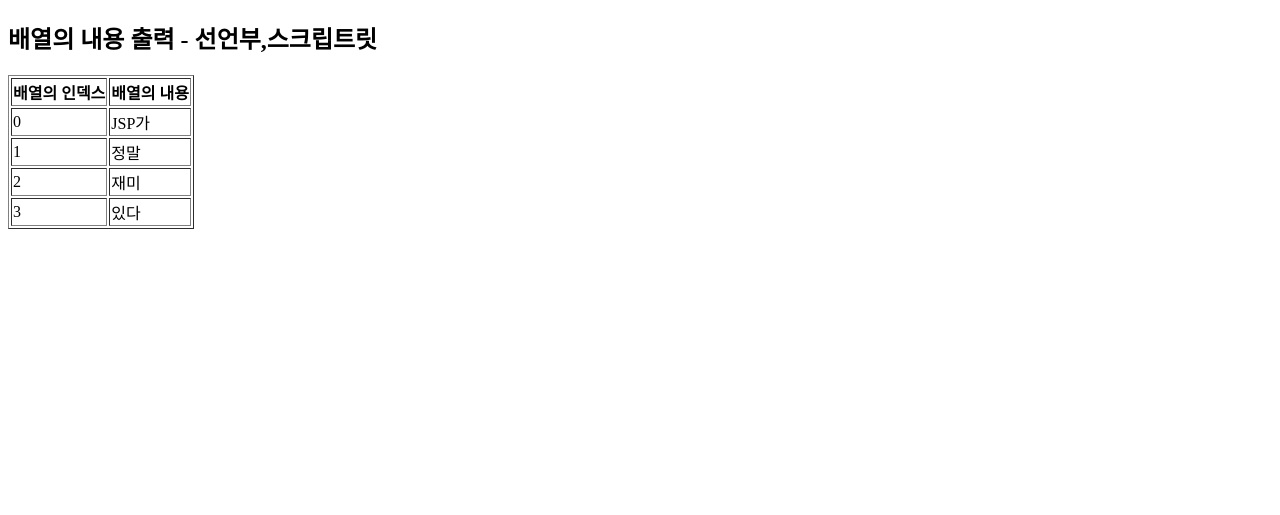
Repository: yuntaekOhO/SY_Academy_Study
Page: http://localhost/ch03-JSP/ch01-basic/s03_script.jsp
The author's editor kept a copy of each file at every save. The page is drawn from the files as they stood at one save, then again after the next save.
The browser window is 1280 px wide. The pictures show the whole page.
The page is served by Tomcat 9. Other server files are loaded and not shown.

Above is the page before, as saved 2022-06-24 03:08:56.

### workspace_jsp/ch03-JSP/src/main/webapp/ch01-basic/s03_script.jsp
<%@ page language="java" contentType="text/html; charset=UTF-8"
    pageEncoding="UTF-8"%>
<!DOCTYPE html>
<html>
<head>
<meta charset="UTF-8">
<title>스크립트</title>
</head>
<body>
<h2>배열의 내용 출력 - 선언부,스크립트릿</h2>
<%!
	//선언부 : 변수 선언, 메서드 정의
	String[] str = {"JSP가","정말","재미","있다"};
%>
<table border="1">
	<tr>
		<th>배열의 인덱스</th>
		<th>배열의 내용</th>
	</tr>
<%
	//스크립트릿 : 변수 선언, 연산, 제어문, out.println() 메서드를 이용한 출력
	for(int i=0;i<str.length;i++){
		out.println("<tr>");
		out.println("	<td>" + i + "</td>");
		out.println("	<td>" + str[i] + "</td>");
		out.println("</tr>");
	}
%>
</table>
</body>
</html>

After the next save:
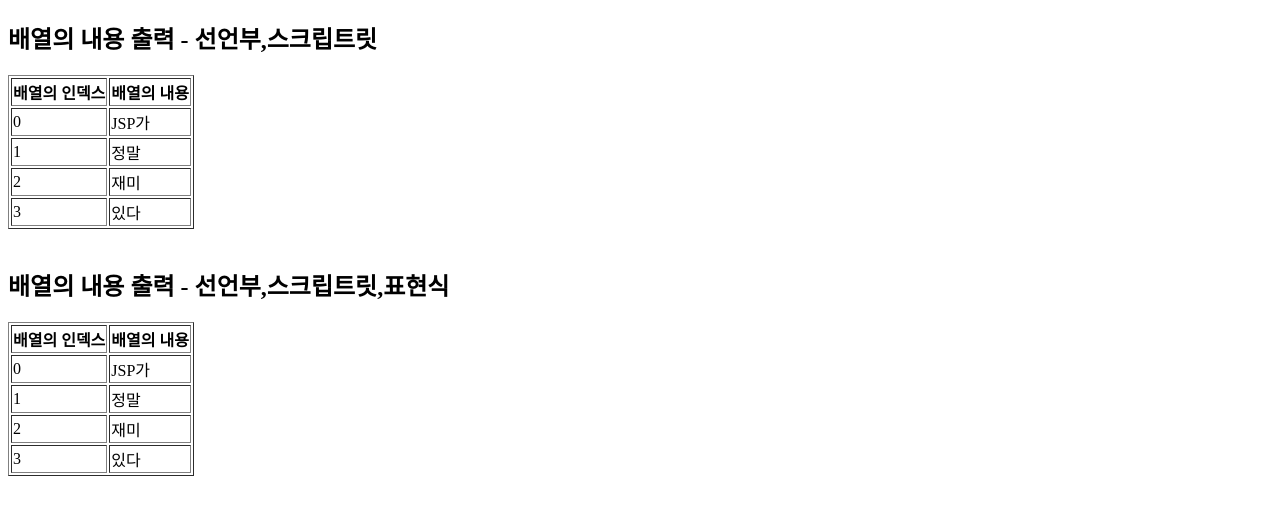
Saved 10 min 48 s later.
--- a/workspace_jsp/ch03-JSP/src/main/webapp/ch01-basic/s03_script.jsp
+++ b/workspace_jsp/ch03-JSP/src/main/webapp/ch01-basic/s03_script.jsp
@@ -27,5 +27,23 @@
 	}
 %>
 </table>
+<br>
+<h2>배열의 내용 출력 - 선언부,스크립트릿,표현식</h2>
+<table border="1">
+	<tr>
+		<th>배열의 인덱스</th>
+		<th>배열의 내용</th>
+	</tr>
+<%
+	for(int i=0;i<str.length;i++){
+%>
+	<tr>
+		<td><%= i %></td>
+		<td><%= str[i] %></td>
+	</tr>
+<%
+	}
+%>
+</table>
 </body>
 </html>
